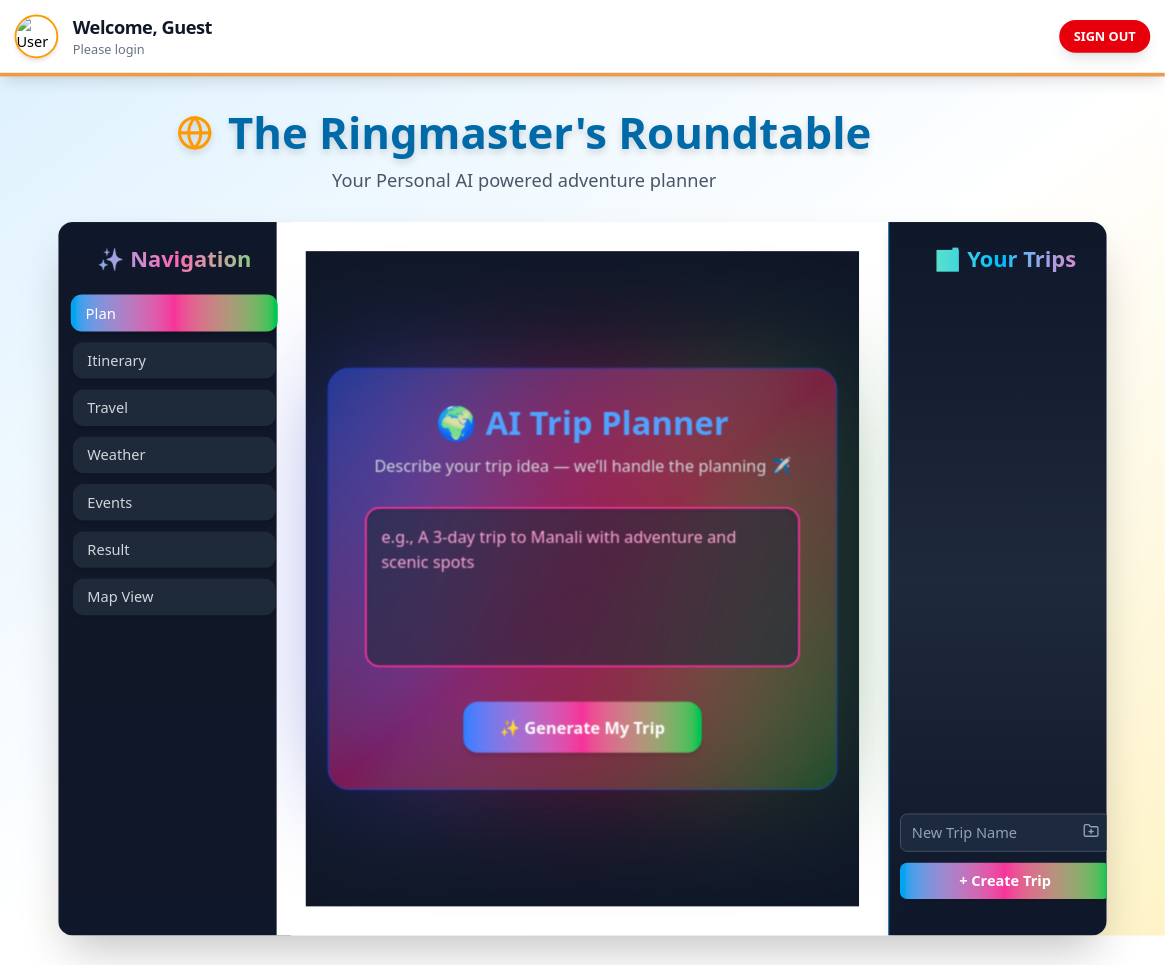
Repository: vega2006/The-Ringmaster-s-Roundtable
Page: /prompt (app in client/)
An editor plug-in stored every save of this project. The page is shown before and after the next save, followed by the edit.
The browser window is 1280 px wide. The pictures show the whole page, at 91% of full size.
The page's requests for data from a server got no answer. The project was rebuilt for these pictures with package versions that can differ from the ones it lists, and the page was loaded fresh each time. No one was signed in, and anything a server would have sent is missing. Also part of the build but not shown: client/vite.config.js, client/src/components/GoogleLogin.jsx, client/src/components/NotFound.jsx, client/src/components/Sidebar.jsx, client/src/components/PlanInput.jsx, client/src/components/WeatherContent.jsx, client/src/components/TravelContent.jsx, client/src/components/ItineraryContent.jsx and 9 more.

Above is the page before, as saved 2025-10-10 20:46:53.

After the next save:
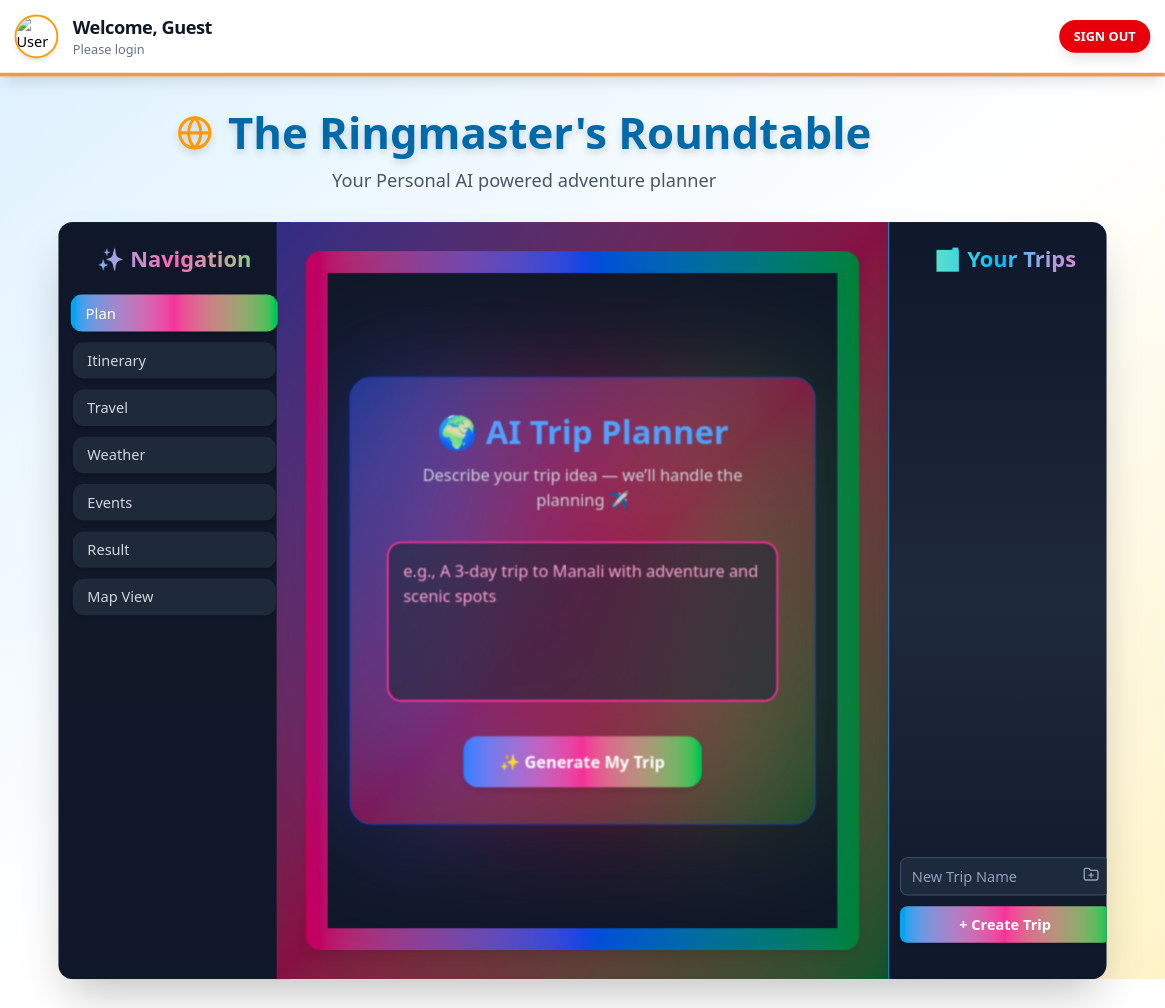
Saved 101 s later.
--- a/client/src/components/MainContent.jsx
+++ b/client/src/components/MainContent.jsx
@@ -1,7 +1,13 @@
 export default function MainContent({ children }) {
   return (
-    <main className="p-8 bg-white overflow-y-auto">
-      {children}
+    <main className="p-8 min-h-screen overflow-y-auto
+      bg-gradient-to-br from-indigo-900 via-pink-900 to-green-900
+      text-white">
+
+      <div className="bg-gradient-to-r from-pink-700 via-blue-700 to-green-700
+        p-6 rounded-2xl shadow-lg backdrop-blur-sm">
+        {children}
+      </div>
     </main>
   );
 }

After the save that followed:
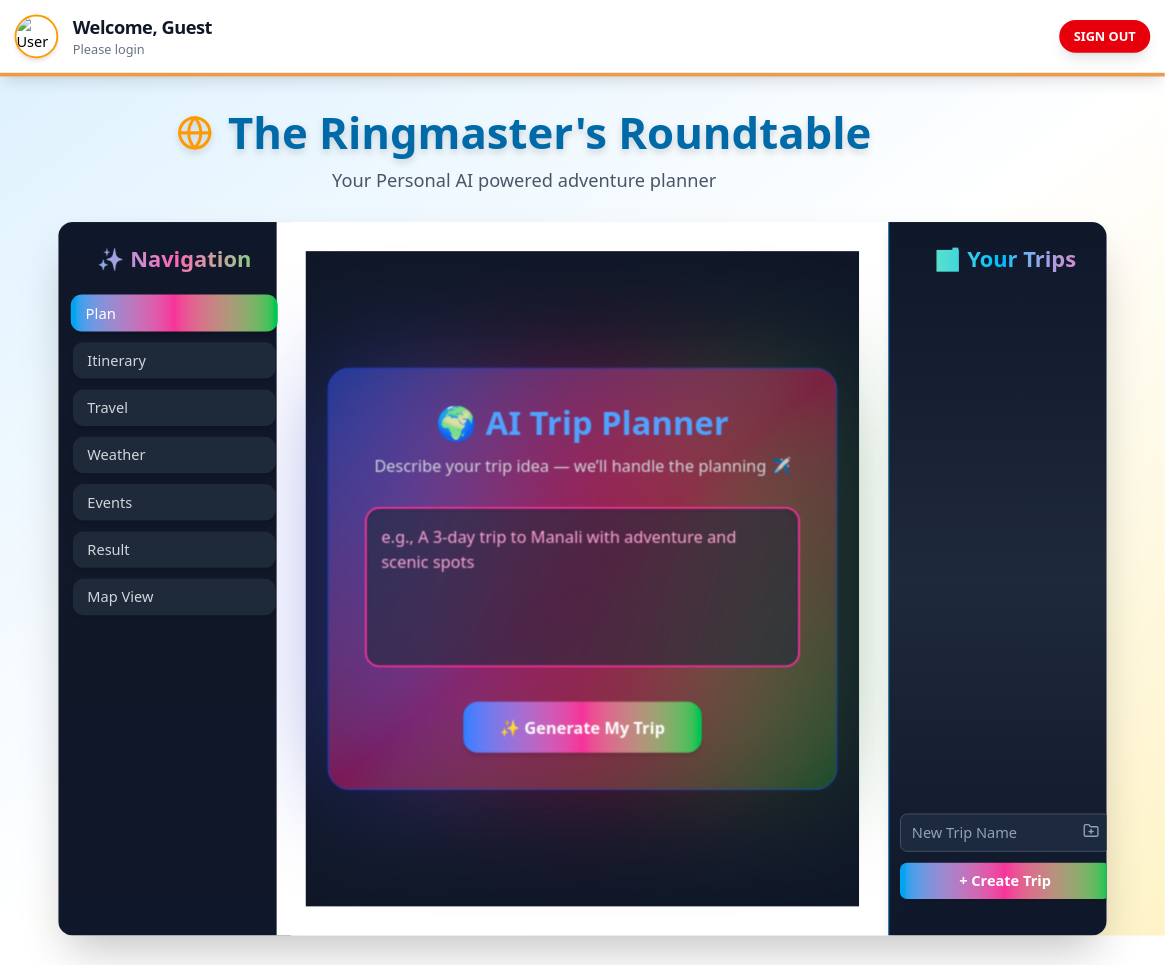
Saved 28 s later.
--- a/client/src/components/MainContent.jsx
+++ b/client/src/components/MainContent.jsx
@@ -1,13 +1,7 @@
 export default function MainContent({ children }) {
   return (
-    <main className="p-8 min-h-screen overflow-y-auto
-      bg-gradient-to-br from-indigo-900 via-pink-900 to-green-900
-      text-white">
-
-      <div className="bg-gradient-to-r from-pink-700 via-blue-700 to-green-700
-        p-6 rounded-2xl shadow-lg backdrop-blur-sm">
-        {children}
-      </div>
+    <main className="p-8 bg-white overflow-y-auto">
+      {children}
     </main>
   );
 }
